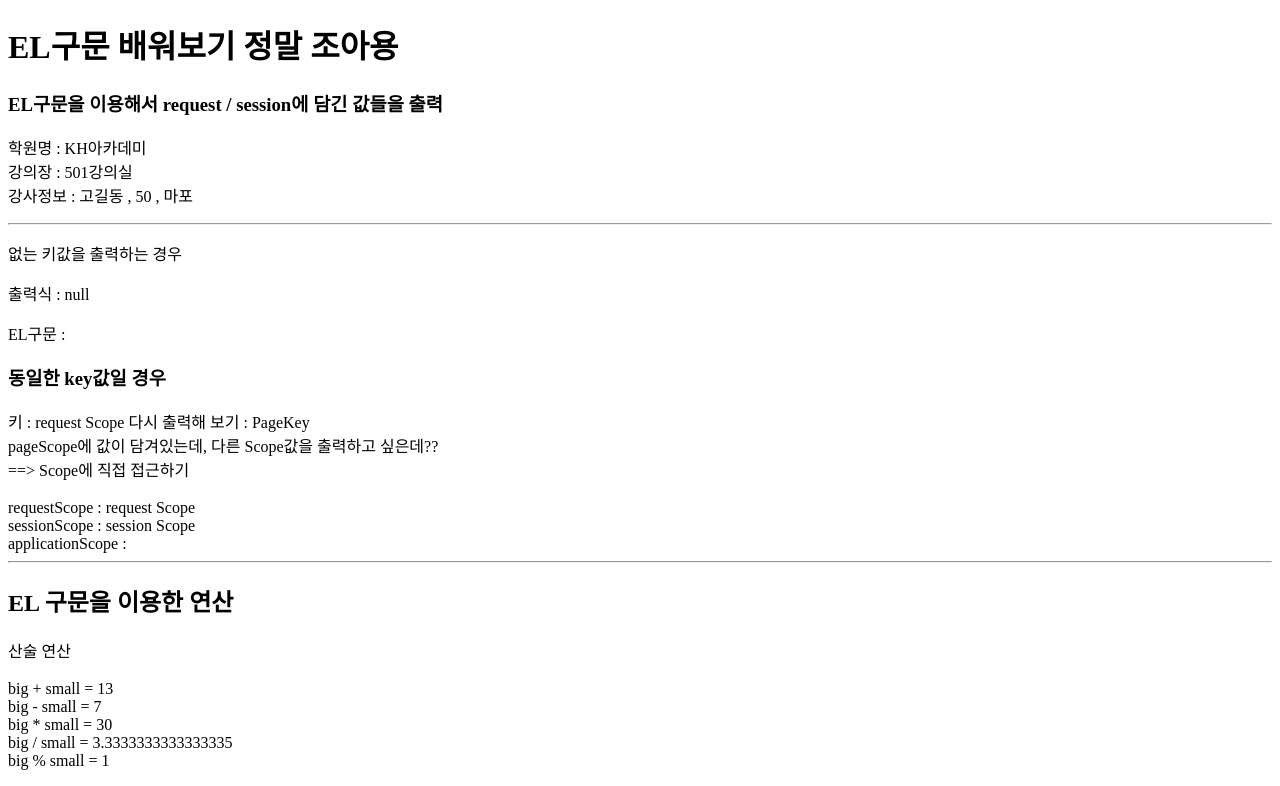
Repository: rlaehqkf/java_practice
Page: http://localhost/ActionProject/el.do
An editor plug-in stored every save of this project. The page is shown before and after the next save, followed by the edit.
The browser window is 1280 px wide. The pictures show the whole page.
The page is served by Tomcat 9.

Above is the page before, as saved 2026-05-06 06:26:29.

### ActionProject/src/main/webapp/WEB-INF/views/01_el.jsp
<%@ page language="java" contentType="text/html; charset=UTF-8"
    pageEncoding="UTF-8"%>

<%@ page import="com.kh.el.model.dto.Person" %>

<!DOCTYPE html>
<html>
<head>
<meta charset="UTF-8">
<title>초강력 JSP</title>
</head>
<body>

	<h1>EL구문 배워보기 정말 조아용</h1>

	<%--

	<%
		String classRoom = (String)request.getAttribute("classRoom");
		Person student = (Person)request.getAttribute("student");

		String academy = (String)session.getAttribute("academy");
		Person lecture = (Person)session.getAttribute("lecture");
	%>

	<p>
		학원명 : <%= academy %> <br>
		강의장 : <%= classRoom %> <br>
		강사정보 : <%= lecture.getName() %>, <%= lecture.getAge() %>, <%= lecture.getAdress() %> <br><br>

		수강생의 정보
		<ul>
			<li> 이름 : <%= student.getName() %></li>
			<li> 나이 : <%= student.getAge() %></li>
			<li> 주소 : <%= student.getAdress() %></li>
		</ul>
	</p>
	--%>

	<h3>EL구문을 이용해서 request / session에 담긴 값들을 출력</h3>

	<p>
		학원명 : ${ academy } <br>
		강의장 : ${ classRoom } <br>
		강사정보 : ${ lecture.name } , ${ lecture.age } , ${ lecture.address } <br>
					<!-- getName() -->



		<!--
			실제로 필드에 직접 접근하는 것은 불가능
			.name => getName()
			내부적으로 getter메소드를 찾아서 호출하는 값을 출력하는 구조
		-->
	</p>

	<hr>

	<p>없는 키값을 출력하는 경우</p>

	<p>출력식 : <%= request.getAttribute("clasRoom") %> </p>
	<p>EL구문 : ${ clasRoom }</p>

	<h3>동일한 key값일 경우</h3>

	키 : ${ key }

	<%
		// page Scope 에 추가
		pageContext.setAttribute("key", "PageKey");
	%>

	다시 출력해 보기 : ${ key } <br>

	<!--

		EL구문은 가장 적은 범위의 scope부터 키값을 찾음
		page => request => session => application순으로 키 값을 검색

		모든 영역을 다 찾았는데 키가 존재하지 않는다? => 아무일도 일어나지 않음 오류 안남
	 -->

	pageScope에 값이 담겨있는데, 다른 Scope값을 출력하고 싶은데?? <br>

	==> Scope에 직접 접근하기 <br><br>

	requestScope : ${ requestScope.key } <br>
	sessionScope : ${ sessionScope.key } <br>
	applicationScope : ${ applicationScope.key } <br>

	<hr>


	<h2>EL 구문을 이용한 연산</h2>

	<p>
		산술 연산 <br><br>

		big + small = ${ big + small }<br>
		big - small = ${ big - small }<br>
		big * small = ${ big * small }<br>
		big / small = ${ big / small }<br>
		big % small = ${ big % small }<br>
	</p>




</body>
</html>

### ActionProject/src/main/java/com/kh/el/controller/ElServlet.java
package com.kh.el.controller;

import java.io.IOException;
import java.util.ArrayList;

import javax.servlet.ServletException;
import javax.servlet.annotation.WebServlet;
import javax.servlet.http.HttpServlet;
import javax.servlet.http.HttpServletRequest;
import javax.servlet.http.HttpServletResponse;
import javax.servlet.http.HttpSession;

import com.kh.el.model.dto.Person;


@WebServlet("/el.do")
public class ElServlet extends HttpServlet {
	private static final long serialVersionUID = 1L;


    public ElServlet() {
        super();
        // TODO Auto-generated constructor stub
    }


	protected void doGet(HttpServletRequest request, HttpServletResponse response) throws ServletException, IOException {
		// 만약 서블릿에서 응답할 데이터가 존재한다면!!
		// JSP로 포워딩 할 때 request.setAttribute("name값", "value값") -> forward~~
		// request -> Servlet내장객체 / Scope객체


		// application / session / request / page

		/*
		 * 1. application scope : ServletContext
		 * 한 애플리케이션 당 딱 한개 존재하는 객체
		 * 이 영역에 데이터를 담으면 애플리케이션 전역에서 사용 가능
		 *
		 *
		 * 2. session scope : HttpSession
		 * 하나의 브라우저 당, 한개 존재하는 객체
		 * 이 영역에 데이터를 담으면 JSP/Servlet단에서 사용 가능
		 * 값이 한 번 담기면 서버를 멈추거나, 세션을 비우거나(로그아웃), 브라우저가 닫히기 전까지는 계속 사용 가능
		 *
		 * 3. request scope : HttpServletRequest
		 * 요청 및 응답 시 매번 생성되는 객체
		 * 이 영역에 데이터를 담으면 해당 request를 포워딩 받는 응답 JSP에서만 사용가능(1회성)
		 *
		 * 4. page scope : PageContext
		 * JSP페이지에서만 사용가능
		 *
		 * => 위 객체들에 속성을 추가할 때는 .setAttribute("name값" 벨류);
		 * 							  .getAttribute("name값");
		 * 							  .removeAttribute("name값");
		 *
		 */
		// DB에서 작업한 요청 처리 결과
		// DTO(VO) 한 개, List<DTO>, int, String

		request.setAttribute("classRoom", "501강의실");
		request.setAttribute("student", new Person("홍길동", 15, "한양"));

		// sessionScope
		HttpSession session = request.getSession();
		session.setAttribute("academy", "KH아카데미");
		session.setAttribute("lecture", new Person("고길동", 50, "마포"));

		// 동일한 key
		request.setAttribute("key", "request Scope");
		session.setAttribute("key", "session Scope");

		// 숫자
		request.setAttribute("small", 3);
		request.setAttribute("big", 10);

		// 문자열
		request.setAttribute("strOne", "안녕");
		request.setAttribute("strTwo", new String("안녕"));

		// 객체
		request.setAttribute("obj", new Person("콩쥐", 20, "콩쥐네"));

		// 리스트
		request.setAttribute("list", new ArrayList());

		// 응답 뷰 배정 -> 포워딩
		request.getRequestDispatcher("WEB-INF/views/01_el.jsp").forward(request, response);

	}




	protected void doPost(HttpServletRequest request, HttpServletResponse response) throws ServletException, IOException {
		// TODO Auto-generated method stub
		doGet(request, response);
	}

}

### ActionProject/src/main/java/com/kh/el/model/dto/Person.java
package com.kh.el.model.dto;

public class Person {
	private String name;
	private int age;
	private String address;

	public Person(String name, int age, String address) {
		super();
		this.name = name;
		this.age = age;
		this.address = address;
	}
	public Person() {
		super();
	}
	public String getName() {
		return name;
	}
	public void setName(String name) {
		this.name = name;
	}
	public int getAge() {
		return age;
	}
	public void setAge(int age) {
		this.age = age;
	}
	public String getAddress() {
		return address;
	}
	public void setAdress(String address) {
		this.address = address;
	}

	@Override
	public String toString() {
		return "Person [name=" + name + ", age=" + age + ", address=" + address + "]";
	}



}

After the next save:
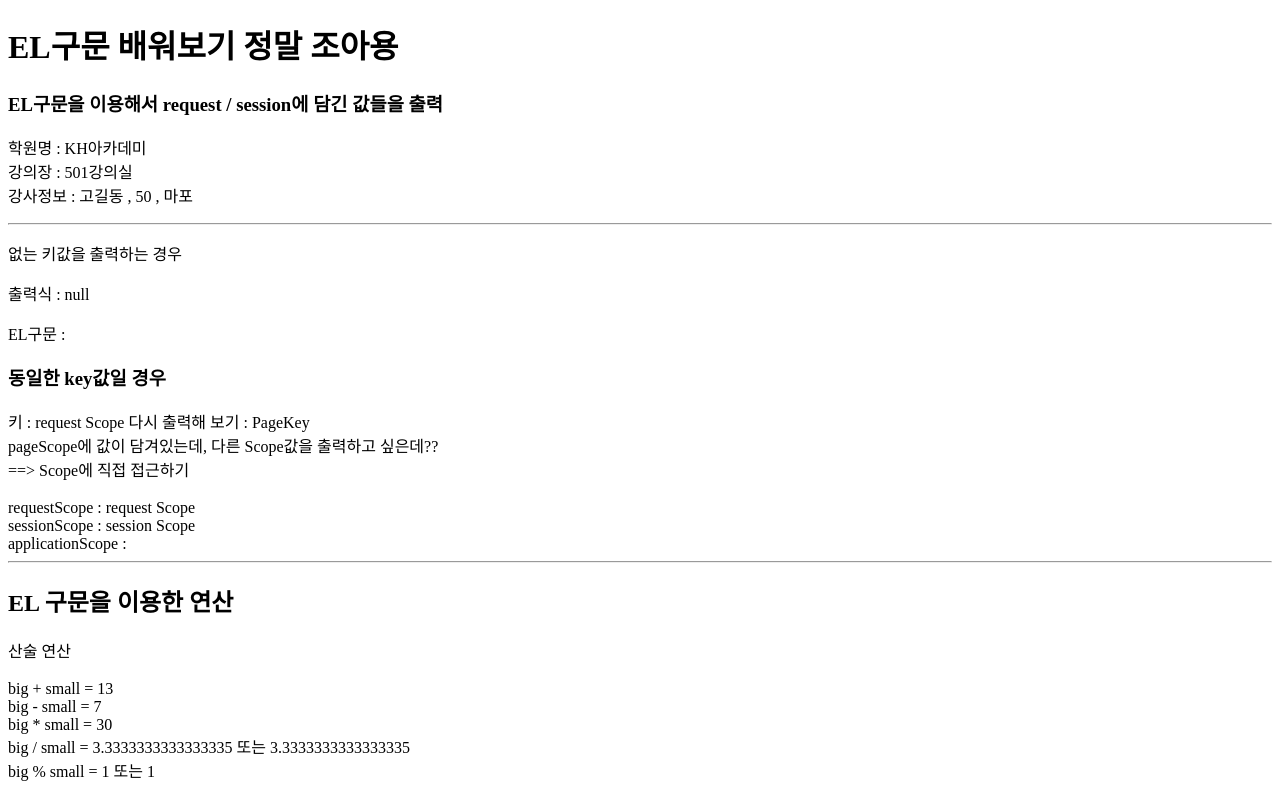
Saved 44 s later.
--- a/ActionProject/src/main/webapp/WEB-INF/views/01_el.jsp
+++ b/ActionProject/src/main/webapp/WEB-INF/views/01_el.jsp
@@ -99,8 +99,8 @@
 		big + small = ${ big + small }<br>
 		big - small = ${ big - small }<br>
 		big * small = ${ big * small }<br>
-		big / small = ${ big / small }<br>
-		big % small = ${ big % small }<br>
+		big / small = ${ big / small } 또는 ${ big div small }<br>
+		big % small = ${ big % small } 또는 ${ big mod small }<br>
 	</p>
 
 
